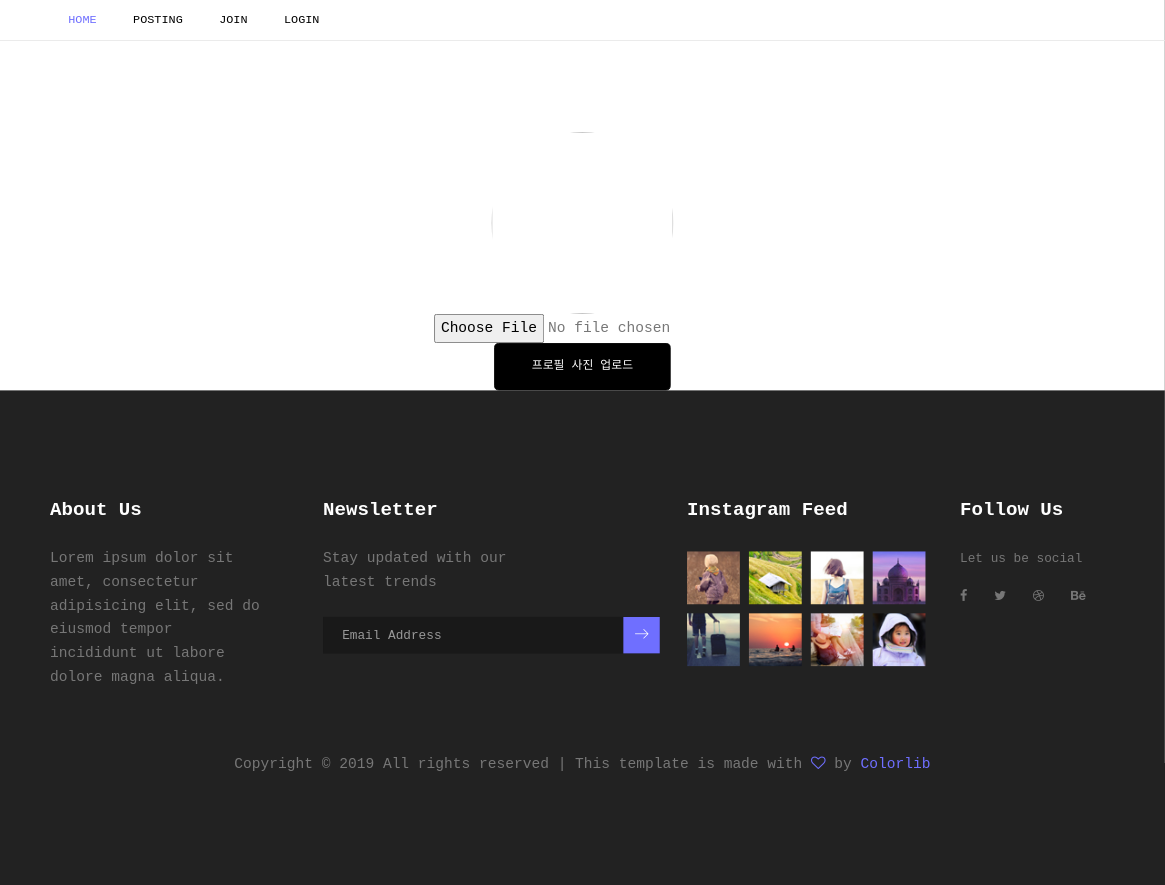
Repository: cwj2306/blog_project_2
Page: http://localhost/blog/user/userProfileForm.jsp
An editor plug-in stored every save of this project. The page is shown before and after the next save, followed by the edit.
The browser window is 1280 px wide. The pictures show the whole page, at 91% of full size.
Some web fonts or font styles are not loaded; a fallback is used. The page is served by Tomcat 9. Other server files are loaded and not shown.

Above is the page before, as saved 2019-11-12 06:29:55.

### blog/WebContent/user/userProfileForm.jsp
<%@ page language="java" contentType="text/html; charset=UTF-8" pageEncoding="UTF-8"%>
<%@ include file="/include/nav.jsp"%>

<section class="contact_area">
	<div class="container">
		<div class="row">
			<div class="col-lg-12">

				<div class="col-md-12 text-center">
					<img id="img__wrap" width="200px" height="200px" style="border-radius: 50%;"/>
				</div>

				<!-- enctype는 mime타입에서 찾아봐서 써주자 -->
				<form action="/blog/user?cmd=uploadProfileImg" method="POST" enctype="multipart/form-data">
					<div class="col-md-12 text-center">
						<input id="img__input" type="file" name="userProfile" /><br />
						<input type="submit" class="btn submit_btn" value="프로필 사진 업로드" />
					</div>
				</form>

				<script src="/blog/js/jquery-3.2.1.min.js"></script>
				<script>
					$("#img__input").on("change", handleImgFile);

					function handleImgFile(e) {

						var f = e.target.files[0];

						if (f.type.match("image.*")) {
							var reader = new FileReader();

							reader.onload = function(e) {
								console.log(e.target.result);
								$("#img__wrap").attr("src", e.target.result);
							}

							reader.readAsDataURL(f);
						} else {
							alert("이미지 파일이 아닙니다.");
							$("#img__wrap").attr("src", "");
						}

					}
				</script>

				</form>

			</div>
		</div>
	</div>
</section>

<%@ include file="/include/footer.jsp"%>

### blog/WebContent/include/nav.jsp
<%@ page language="java" contentType="text/html; charset=UTF-8" pageEncoding="UTF-8"%>
<%@ taglib prefix="c" uri="http://java.sun.com/jsp/jstl/core" %>

<!doctype html>
<html lang="en">
    <head>
        <!-- Required meta tags -->
        <meta charset="utf-8">
        <meta name="viewport" content="width=device-width, initial-scale=1, shrink-to-fit=no">
        <link rel="icon" href="/blog/img/favicon.png" type="image/png">
        <title>Opium Blog</title>
        <!-- Bootstrap CSS -->
        <link rel="stylesheet" href="/blog/css/bootstrap.css">
        <link rel="stylesheet" href="/blog/vendors/linericon/style.css">
        <link rel="stylesheet" href="/blog/css/font-awesome.min.css">
        <link rel="stylesheet" href="/blog/vendors/owl-carousel/owl.carousel.min.css">
        <link rel="stylesheet" href="/blog/vendors/lightbox/simpleLightbox.css">
        <link rel="stylesheet" href="/blog/vendors/nice-select/css/nice-select.css">
        <link rel="stylesheet" href="/blog/vendors/animate-css/animate.css">
        <link rel="stylesheet" href="/blog/vendors/jquery-ui/jquery-ui.css">
        <!-- main css -->
        <link rel="stylesheet" href="/blog/css/style.css">
        <link rel="stylesheet" href="/blog/css/responsive.css">
    </head>
    <body>

        <!--================Header Menu Area =================-->
        <header class="header_area">
			<div class="main_menu">
				<nav class="navbar navbar-expand-lg navbar-light">
					<div class="container box_1620">
						<!-- Brand and toggle get grouped for better mobile display -->
						<a class="navbar-brand logo_h" href="#"><img src="/blog/img/logo.png" alt=""></a>
						<button class="navbar-toggler" type="button" data-toggle="collapse" data-target="#navbarSupportedContent" aria-controls="navbarSupportedContent" aria-expanded="false" aria-label="Toggle navigation">
							<span class="icon-bar"></span>
							<span class="icon-bar"></span>
							<span class="icon-bar"></span>
						</button>

						<!-- Collect the nav links, forms, and other content for toggling -->
						<div class="collapse navbar-collapse offset" id="navbarSupportedContent">
							<ul class="nav navbar-nav menu_nav">
								<li class="nav-item active"><a class="nav-link" href="/blog/index.jsp">Home</a></li>
								<li class="nav-item"><a class="nav-link" href="/blog/board/write.jsp">Posting</a></li>

								<c:choose>
									<c:when test="${empty sessionScope.user}">
										<li class="nav-item"><a class="nav-link" href="/blog/user/join.jsp">Join</a></li>
										<li class="nav-item"><a class="nav-link" href="/blog/user/login.jsp">Login</a></li>
									</c:when>
									<c:otherwise>
										<li class="nav-item"><a class="nav-link" href="/blog/user/update.jsp">Profile</a></li>
										<li class="nav-item"><a class="nav-link" href="/blog/user?cmd=logout">Logout</a></li>
									</c:otherwise>
								</c:choose>

							</ul>
							<ul class="nav navbar-nav navbar-right header_social ml-auto">
								<!--
								<li class="nav-item"><a href="#"><i class="fa fa-facebook"></i></a></li>
								<li class="nav-item"><a href="#"><i class="fa fa-twitter"></i></a></li>
								<li class="nav-item"><a href="#"><i class="fa fa-dribbble"></i></a></li>
								<li class="nav-item"><a href="#"><i class="fa fa-behance"></i></a></li>
								 -->
								 <c:if test="${not empty sessionScope.user}">
								 	<a href="/blog/user/userProfileForm.jsp"><img src = "${sessionScope.user.userProfile}" width="40px" height="40px" style="border-radius: 50%;"/></a>
								 </c:if>

							</ul>
						</div>
					</div>
				</nav>
			</div>
        </header>
        <!--================Header Menu Area =================-->

### blog/WebContent/include/footer.jsp
<%@ page language="java" contentType="text/html; charset=UTF-8" pageEncoding="UTF-8"%>
<!--================ start footer Area  =================-->
<footer class="footer-area p_120">
	<div class="container">
		<div class="row">
			<div class="col-lg-3  col-md-6 col-sm-6">
				<div class="single-footer-widget">
					<h6 class="footer_title">About Us</h6>
					<p>Lorem ipsum dolor sit amet, consectetur adipisicing elit, sed do eiusmod tempor incididunt ut labore dolore magna aliqua.</p>
				</div>
			</div>
			<div class="col-lg-4 col-md-6 col-sm-6">
				<div class="single-footer-widget">
					<h6 class="footer_title">Newsletter</h6>
					<p>Stay updated with our latest trends</p>
					<div id="mc_embed_signup">
						<form target="_blank" action="https://spondonit.us12.list-manage.com/subscribe/post?u=1462626880ade1ac87bd9c93a&amp;id=92a4423d01" method="get" class="subscribe_form relative">
							<div class="input-group d-flex flex-row">
								<input name="EMAIL" placeholder="Email Address" onfocus="this.placeholder = ''" onblur="this.placeholder = 'Email Address '" required="" type="email">
								<button class="btn sub-btn">
									<span class="lnr lnr-arrow-right"></span>
								</button>
							</div>
							<div class="mt-10 info"></div>
						</form>
					</div>
				</div>
			</div>
			<div class="col-lg-3 col-md-6 col-sm-6">
				<div class="single-footer-widget instafeed">
					<h6 class="footer_title">Instagram Feed</h6>
					<ul class="list instafeed d-flex flex-wrap">
						<li><img src="/blog/img/instagram/Image-01.jpg" alt=""></li>
						<li><img src="/blog/img/instagram/Image-02.jpg" alt=""></li>
						<li><img src="/blog/img/instagram/Image-03.jpg" alt=""></li>
						<li><img src="/blog/img/instagram/Image-04.jpg" alt=""></li>
						<li><img src="/blog/img/instagram/Image-05.jpg" alt=""></li>
						<li><img src="/blog/img/instagram/Image-06.jpg" alt=""></li>
						<li><img src="/blog/img/instagram/Image-07.jpg" alt=""></li>
						<li><img src="/blog/img/instagram/Image-08.jpg" alt=""></li>
					</ul>
				</div>
			</div>
			<div class="col-lg-2 col-md-6 col-sm-6">
				<div class="single-footer-widget f_social_wd">
					<h6 class="footer_title">Follow Us</h6>
					<p>Let us be social</p>
					<div class="f_social">
						<a href="#"><i class="fa fa-facebook"></i></a>
						<a href="#"><i class="fa fa-twitter"></i></a>
						<a href="#"><i class="fa fa-dribbble"></i></a>
						<a href="#"><i class="fa fa-behance"></i></a>
					</div>
				</div>
			</div>
		</div>
		<div class="row footer-bottom d-flex justify-content-between align-items-center">
			<p class="col-lg-12 footer-text text-center">
				<!-- Link back to Colorlib can't be removed. Template is licensed under CC BY 3.0. -->
				Copyright &copy;
				<script>document.write(new Date().getFullYear());</script>
				All rights reserved | This template is made with <i class="fa fa-heart-o" aria-hidden="true"></i> by <a href="https://colorlib.com" target="_blank">Colorlib</a>
				<!-- Link back to Colorlib can't be removed. Template is licensed under CC BY 3.0. -->
			</p>
		</div>
	</div>
</footer>
<!--================ End footer Area  =================-->




<!-- Optional JavaScript -->
<!-- jQuery first, then Popper.js, then Bootstrap JS -->
<script src="/blog/js/jquery-3.2.1.min.js"></script>
<script src="/blog/js/popper.js"></script>
<script src="/blog/js/bootstrap.min.js"></script>
<script src="/blog/js/stellar.js"></script>
<script src="/blog/vendors/lightbox/simpleLightbox.min.js"></script>
<script src="/blog/vendors/nice-select/js/jquery.nice-select.min.js"></script>
<script src="/blog/vendors/isotope/imagesloaded.pkgd.min.js"></script>
<script src="/blog/vendors/isotope/isotope-min.js"></script>
<script src="/blog/vendors/owl-carousel/owl.carousel.min.js"></script>
<script src="/blog/vendors/jquery-ui/jquery-ui.js"></script>
<script src="/blog/js/jquery.ajaxchimp.min.js"></script>
<script src="/blog/js/mail-script.js"></script>
<script src="/blog/js/theme.js"></script>

</body>
</html>

### blog/WebContent/css/responsive.css
@media (max-width:1619px){
	/* Main Menu Area css
	============================================================================================ */
   .header_area .navbar .search {
		margin-left: 40px;
	}
	/* End Main Menu Area css
	============================================================================================ */
	.home_banner_area .blog_text_slider .owl-prev, .home_banner_area .blog_text_slider .owl-next {
		right: 0px;
		font-size: 30px;
	}
}
@media (max-width:1199px){
	/* Main Menu Area css
	============================================================================================ */
	.header_area + section, .header_area + div {
		margin-top: 143px;
	}
	.top_menu .container{
		display: block;
	}
	/* End Main Menu Area css
	============================================================================================ */
	/* Home Banner Area css
	============================================================================================ */
	.home_banner_area {
		min-height: 700px;
	}
	/* End Home Banner Area css
	============================================================================================ */
	.home_banner_area {
		background-size: cover;
	}
	.blog_text {
		padding: 65px 65px 65px 65px;
	}
	.banner_area {
		background-size: cover;
	}
	.blog_style1 .blog_text {
		padding-left: 15px;
		padding-right: 15px;
		padding-top: 0px;
		padding-bottom: 0px;
	}
}

@media (max-width:991px){
	/* Main Menu Area css
	============================================================================================ */
	.logo_part {
		display: none;
	}
    .navbar-toggler {
        border: none;
        border-radius: 0px;
        padding: 0px;
        cursor: pointer;
        margin-top: 27px;
        margin-bottom: 23px;
		float: right;
    }
	.header_area .navbar {
		background: #fff;
	}
    .navbar-toggler[aria-expanded="false"] span:nth-child(2) {
		opacity: 1;
	}
	.navbar-toggler[aria-expanded="true"] span:nth-child(2) {
		opacity: 0;
	}
	.navbar-toggler[aria-expanded="true"] span:first-child {
		transform: rotate(-45deg);
		position: relative;
		top: 7.5px;
	}
	.navbar-toggler[aria-expanded="true"] span:last-child {
		transform: rotate(45deg);
		bottom: 6px;
		position: relative;
	}
	.navbar-toggler span{
		display: block;
		width: 25px;
		height: 3px;
		background: #000;
		margin: auto;
		margin-bottom: 4px;
		transition: all 400ms linear;
		cursor: pointer;
	}
    .navbar .container{
        padding-left: 15px;
        padding-right: 15px;
    }
    .nav{
        padding: 0px 0px;
    }
	.header_area + section, .header_area + row, .header_area + div {
		margin-top: 117px;
	}
    .header_top .nav{
        padding: 0px;
    }
    .header_area .navbar .nav .nav-item .nav-link{
        line-height: 40px;
        margin-right: 0px;
        display: block;
		border-bottom: 1px solid #ededed33;
		border-radius: 0px;
    }
    .header_area .navbar .search{
        margin-left: 0px;
    }
	.header_area .navbar-collapse{
		max-height: 340px;
		overflow-y: scroll;
	}
	.header_area .navbar .nav .nav-item.submenu ul .nav-item .nav-link {
		padding: 0px 15px;
	}
	.header_area .navbar .nav .nav-item {
		margin-right: 0px;
	}
	.header_area + section, .header_area + row, .header_area + div {
		margin-top: 71px;
	}
	.main_menu .navbar .container_inner {
		display: block;
	}
	.main_menu .navbar .navbar-brand {
		display: inline-block;
		padding-top: 11px;
		width: 173px;
	}
	.main_menu .navbar .navbar-brand img {
		width: 100%;
	}
	/* End Main Menu Area css
	============================================================================================ */

	/* Contact Page Area css
	============================================================================================ */
	.contact_info{
		margin-bottom: 50px;
	}
	/* End Contact page Area css
	============================================================================================ */
	.home_banner_area .donation_inner{
		margin-bottom: -30px;
	}
	.single-footer-widget{
		margin-bottom: 30px;
	}
	.footer-area .row{
		margin-bottom: -30px;
	}
	/* Footer Area css
	============================================================================================ */
	/* End End Footer Area css
	============================================================================================ */
	.home_banner_area {
		background-size: cover;
		margin-bottom: 0px;
	}
	/* Extra header Area css
	============================================================================================ */
	/* End Extra header Area css
	============================================================================================ */

	.nav.navbar-nav.navbar-right.header_social{
		display: none;
	}

}
@media (max-width:767px){
	.home_banner_area {
		min-height: 500px;
	}
	.home_banner_area .banner_inner {
		min-height: 500px;
	}
	.home_banner_area .banner_inner .banner_content {
		margin-top: 0px;
	}
	/* Blog Page Area css
	============================================================================================ */
    .blog_banner .banner_inner .blog_b_text h2 {
		font-size: 40px;
		line-height: 50px;
	}
	.blog_info.text-right{
		text-align: left !important;
		margin-bottom: 10px;
	}
	/* End Blog Page Area css
	============================================================================================ */
	.home_banner_area .banner_inner .banner_content h3 {
		font-size: 30px;
	}
	.home_banner_area .banner_inner .banner_content p br {
		display: none;
	}
	/* Footer Area css
	============================================================================================ */
	.footer-bottom .footer-text{
		text-align: center;
	}
	.footer-bottom .footer-social {
		text-align: center;
		margin-bottom: 20px;
	}
	/* End End Footer Area css
	============================================================================================ */
	.blog_style1.small .blog_img img{
		width: 100%;
	}
}
@media (max-width:575px){

	.header_area + section, .header_area + row, .header_area + div {
		margin-top: 71px;
	}
	.top_menu {
		display: none;
	}

    /* Home Banner Area css
	============================================================================================ */
	.home_banner_area .banner_inner .banner_content h2 {
		font-size: 28px;
	}
	.home_banner_area {
		min-height: 500px;
	}
	.home_banner_area .banner_inner {
		min-height: 500px;
	}
	.blog_banner .banner_inner .blog_b_text {
		margin-top: 0px;
	}
	.home_banner_area .banner_inner .banner_content img{
		display: none;
	}
	.home_banner_area .banner_inner .banner_content h5 {
		margin-top: 0px;
	}
	.home_banner_area .banner_inner .banner_content .date a {
		margin-right: 8px;
	}
	/* End Home Banner Area css
	============================================================================================ */
	.p_120 {
		padding-top: 70px;
		padding-bottom: 70px;
	}
	.main_title h2 {
		font-size: 25px;
	}
	/* Elements Area css
	============================================================================================ */
	.sample-text-area {
		padding: 70px 0 70px 0;
	}
	/* End Elements Area css
	============================================================================================ */

	/* Blog Page Area css
	============================================================================================ */
	.blog_details h2 {
		font-size: 20px;
		line-height: 30px;
	}
	.blog_banner .banner_inner .blog_b_text h2 {
		font-size: 28px;
		line-height: 38px;
	}
	.banner_area .banner_inner .banner_content {
		margin-top: 0px;
	}
	/* End Blog Page Area css
	============================================================================================ */
	/* Footer Area css
	============================================================================================ */
	/* End End Footer Area css
	============================================================================================ */
	.pad_top {
		padding-top: 70px;
	}
	.mt-100 {
		margin-top: 50px;
	}
	.single-footer-widget p {
		max-width: 100%;
	}
	.p_100 {
		padding-top: 70px;
		padding-bottom: 70px;
	}
	.blog_style1 .blog_text .blog_text_inner {
		margin-top: 0px;
	}
	.blog_style1 .blog_text {
		padding-left: 0px;
		padding-right: 0px;
		padding-top: 0px;
		padding-bottom: 0px;
	}
	.blog_text .cat a {
		margin-right: 5px;
	}
	.blog_text .cat .cat_btn {
		display: block;
		width: 86px;
		margin-bottom: 10px;
	}
}

@media (max-width:480px){
	/* Main Menu Area css
	============================================================================================ */
	.header_area .navbar-collapse{
		max-height: 250px;
	}
	/* End Main Menu Area css
	============================================================================================ */

	/* Home Banner Area css
	============================================================================================ */
    .home_banner_area .banner_inner .banner_content {
		padding: 30px 15px;
		margin-top: 0px;
	}
	.banner_content .white_btn {
		display: block;
	}
	.home_banner_area .banner_inner .banner_content h3 {
		font-size: 24px;
	}
	.home_banner_area .carousel .carousel-indicators {
		bottom: -50px;
		z-index: 20;
	}
	/* End Home Banner Area css
	============================================================================================ */
	.banner_area .banner_inner .banner_content h2 {
		font-size: 32px;
	}
	/* Blog Page Area css
	============================================================================================ */
	.comments-area .thumb {
		margin-right: 10px;
	}

	/* End Blog Page Area css
	============================================================================================ */
	.home_banner_area .blog_text_slider .owl-prev {
		top: auto;
		bottom: 110px;
		transform: translateY(-0%);
		left: 10px;
	}
	.home_banner_area .blog_text_slider .owl-next {
		top: auto;
		bottom: 110px;
		right: 10px;
		transform: translateY(-0%);
	}
	.blog_text {
		padding: 60px 20px;
	}
}

Loaded but not shown: blog/WebContent/css/bootstrap.css (library); blog/WebContent/vendors/linericon/style.css (library); blog/WebContent/css/font-awesome.min.css (library); blog/WebContent/vendors/owl-carousel/owl.carousel.min.css (common file); blog/WebContent/vendors/lightbox/simpleLightbox.css (library); blog/WebContent/vendors/nice-select/css/nice-select.css (library); blog/WebContent/vendors/animate-css/animate.css (library); blog/WebContent/vendors/jquery-ui/jquery-ui.css (library); blog/WebContent/js/jquery-3.2.1.min.js (library); blog/WebContent/js/popper.js (library); blog/WebContent/js/bootstrap.min.js (library); blog/WebContent/js/stellar.js (library); blog/WebContent/vendors/lightbox/simpleLightbox.min.js (library); blog/WebContent/vendors/nice-select/js/jquery.nice-select.min.js (common file); blog/WebContent/vendors/isotope/imagesloaded.pkgd.min.js (library); blog/WebContent/vendors/isotope/isotope-min.js (library); blog/WebContent/vendors/owl-carousel/owl.carousel.min.js (library); blog/WebContent/vendors/jquery-ui/jquery-ui.js (library); blog/WebContent/js/jquery.ajaxchimp.min.js (library); blog/WebContent/js/theme.js (283 lines, source omitted); blog/WebContent/js/mail-script.js (31 lines, source omitted); blog/WebContent/css/style.css (3904 lines, source omitted)

After the next save:
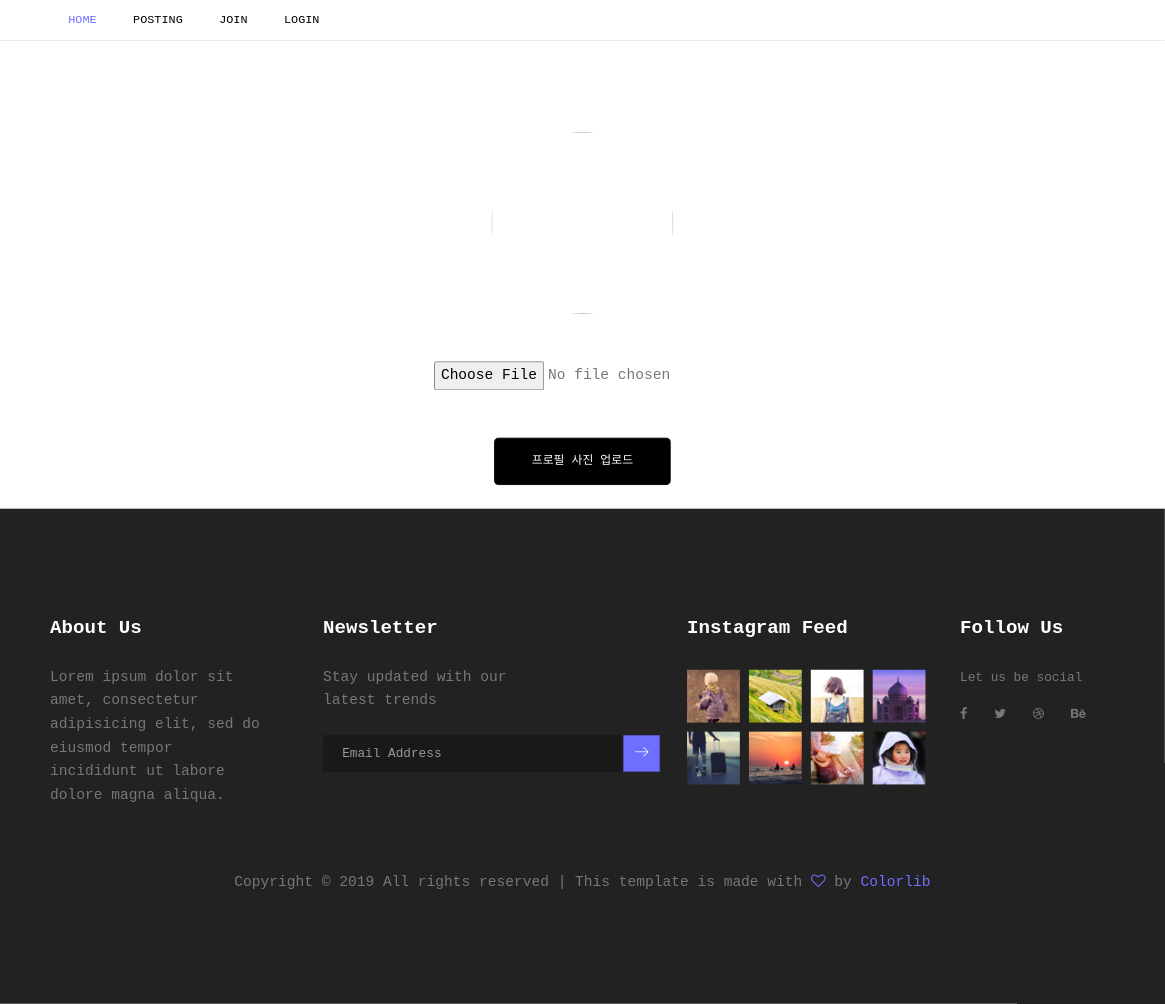
Saved 26 s later.
--- a/blog/WebContent/user/userProfileForm.jsp
+++ b/blog/WebContent/user/userProfileForm.jsp
@@ -8,13 +8,13 @@
 
 				<div class="col-md-12 text-center">
 					<img id="img__wrap" width="200px" height="200px" style="border-radius: 50%;"/>
-				</div>
+				</div></br></br>
 
 				<!-- enctype는 mime타입에서 찾아봐서 써주자 -->
 				<form action="/blog/user?cmd=uploadProfileImg" method="POST" enctype="multipart/form-data">
 					<div class="col-md-12 text-center">
-						<input id="img__input" type="file" name="userProfile" /><br />
-						<input type="submit" class="btn submit_btn" value="프로필 사진 업로드" />
+						<input id="img__input" type="file" name="userProfile" /><br /></br></br>
+						<input type="submit" class="btn submit_btn" value="프로필 사진 업로드" /></br></br>
 					</div>
 				</form>
 
